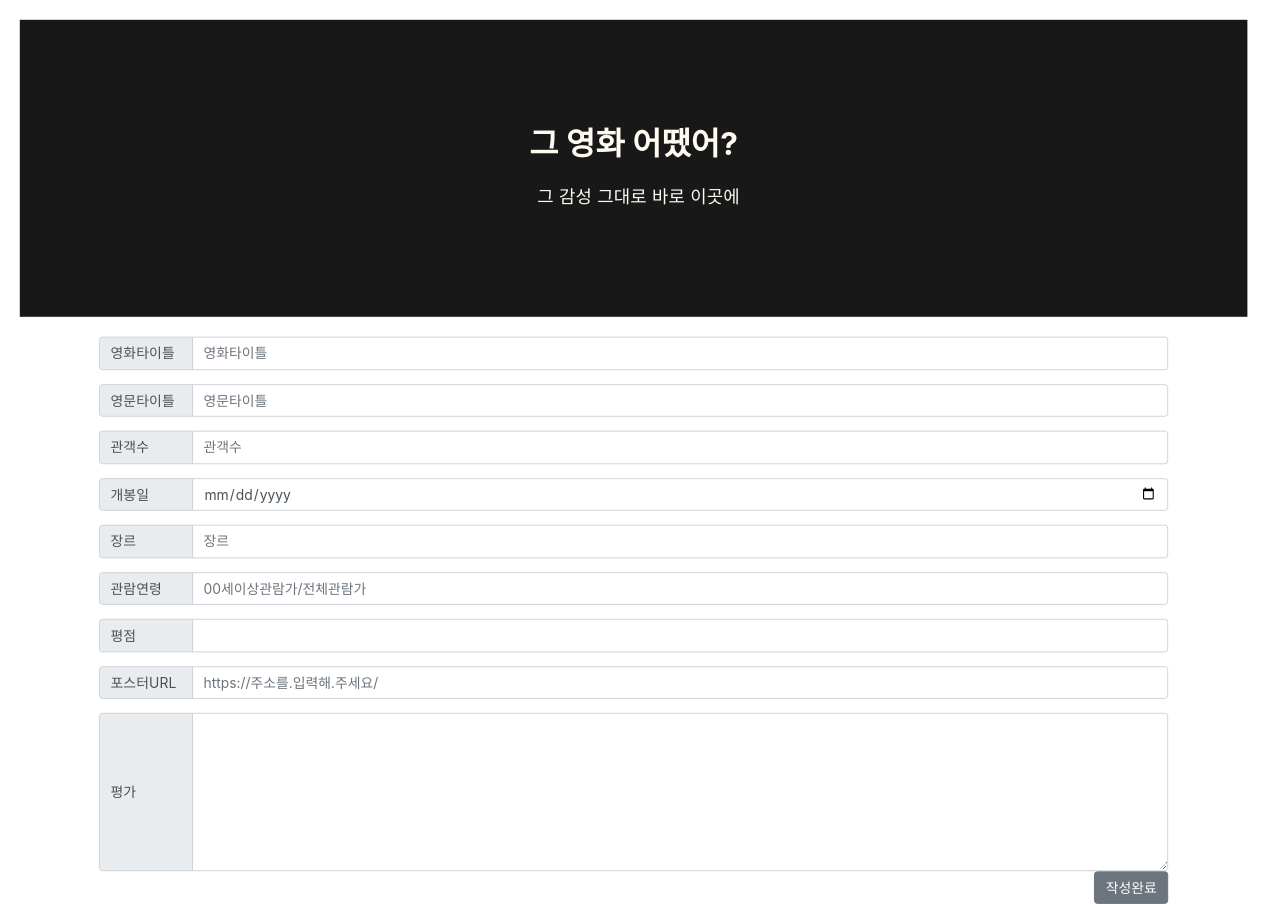
Repository: JungSWon/Project
Page: templates/new.html
The author's editor kept a record of every edit. The page is drawn from the files as they stood at one moment, then again after the next edit.
The browser window is 1280 px wide. The pictures show the whole page, at 99% of full size.
Some web libraries are served in a nearby version. The template is drawn by Flask 3. The application's start-up code is not run. Other server files are loaded and not shown. The template is opened directly, without the code that normally fills it, so the values that code supplies are empty.

Above is the page before.

### 04_CRUD/templates/new.html
<!DOCTYPE html>
<html lang="ko">
<head>
    <meta charset="UTF-8">
    <meta name="viewport" content="width=device-width, initial-scale=1.0">
    <meta http-equiv="X-UA-Compatible" content="ie=edge">
    <link rel="stylesheet" href="https://stackpath.bootstrapcdn.com/bootstrap/4.2.1/css/bootstrap.min.css" integrity="sha384-GJzZqFGwb1QTTN6wy59ffF1BuGJpLSa9DkKMp0DgiMDm4iYMj70gZWKYbI706tWS" crossorigin="anonymous">
    <script src="https://code.jquery.com/jquery-3.3.1.slim.min.js" integrity="sha384-q8i/X+965DzO0rT7abK41JStQIAqVgRVzpbzo5smXKp4YfRvH+8abtTE1Pi6jizo" crossorigin="anonymous"></script>
    <script src="https://cdnjs.cloudflare.com/ajax/libs/popper.js/1.14.6/umd/popper.min.js" integrity="sha384-wHAiFfRlMFy6i5SRaxvfOCifBUQy1xHdJ/yoi7FRNXMRBu5WHdZYu1hA6ZOblgut" crossorigin="anonymous"></script>
    <script src="https://stackpath.bootstrapcdn.com/bootstrap/4.2.1/js/bootstrap.min.js" integrity="sha384-B0UglyR+jN6CkvvICOB2joaf5I4l3gm9GU6Hc1og6Ls7i6U/mkkaduKaBhlAXv9k" crossorigin="anonymous"></script>
    <link href="https://fonts.googleapis.com/css?family=Gothic+A1:400,700,900|Roboto+Mono:400,500,700" rel="stylesheet">
    <link rel="stylesheet" type="text/css" href="/static/css/style.css" media="screen" />
    <title>list in DB</title>
</head>






<body>
<!--
    <form action='/movies/create' method = "POST">
        <div class="form-group">
        title: <input type='text' name='title'><br>
        title_en: <input type='text' name='title_en'><br>
        audience: <input type='number' min=0 name='audience'><br>
        open_date: <input type='date' name='open_date'><br>
        genre: <input type='text' name='genre'><br>
        watch_grade: <input type='text' name='watch_grade'><br>
        score: <input type='number' name='score' max=5 min=0 step=0.5><br>
        poster_url: <input type='text' name='poster_url'><br>
        description:<br> <textarea class="form-control" rows="5" name='description'></textarea>
        <br>
        </div>
        <button type="submit" class="btn btn-primary">Form Submit</button>
    </form>
-->
    <section id='cover'>
        <div class="container">
            <div class="col">
                <h3 class="cover-title">
                    그 영화 어땠어?
                </h3>
                <a class="cover-text"> 그 감성 그대로 바로 이곳에</a>
            </div>
        </div>
    </section>

    <form action='/movies/create' method = "POST">
        <div class="container">
            <div class="col">
            <!--아래로 코멘트 생성 -->
                <!--타이틀-->
                <div class="input-group mb-3">
                    <div class="input-group-prepend">
                        <span class="input-group-text" id="basic-addon1">영화타이틀</span>
                    </div>
                    <input type="text" class="form-control" placeholder="영화타이틀" name='title' aria-describedby="basic-addon1">
                </div>
                <!--영문타이틀-->
                <div class="input-group mb-3">
                    <div class="input-group-prepend">
                        <span class="input-group-text" id="basic-addon2">영문타이틀</span>
                    </div>
                    <input type="text" class="form-control" placeholder="영문타이틀" name='title_en' aria-label="Recipient's username" aria-describedby="basic-addon2">
                </div>
                <!--관객수-->
                <div class="input-group mb-3">
                    <div class="input-group-prepend">
                        <span class="input-group-text" id="basic-addon1">관객수</span>
                    </div>
                    <input type="number"  min=0 class="form-control" placeholder="관객수" name='audience' aria-describedby="basic-addon1">
                </div>
                <!--개봉일-->
                <div class="input-group mb-3">
                    <div class="input-group-prepend">
                        <span class="input-group-text" id="basic-addon1">개봉일</span>
                    </div>
                    <input type="date" class="form-control" name='open_date' aria-describedby="basic-addon1">
                </div>
                <!--장르-->
                <div class="input-group mb-3">
                    <div class="input-group-prepend">
                        <span class="input-group-text" id="basic-addon2">장르</span>
                    </div>
                    <input type="text" class="form-control" placeholder="장르" name='genre' aria-label="Recipient's username" aria-describedby="basic-addon2">
                </div>
                <!--관람연령-->
                <div class="input-group mb-3">
                    <div class="input-group-prepend">
                        <span class="input-group-text" id="basic-addon2">관람연령</span>
                    </div>
                    <input type="text" class="form-control" placeholder="00세이상관람가/전체관람가" name='watch_grade' aria-label="Recipient's username" aria-describedby="basic-addon2">
                </div>
                <!--별점-->
                <div class="input-group mb-3">
                    <div class="input-group-prepend">
                        <span class="input-group-text" id="basic-addon2">평점</span>
                    </div>
                    <input type="number" max=5 min=0 step=0.5 class="form-control" name='score' aria-label="Recipient's username" aria-describedby="basic-addon2">
                </div>
                <!--포스터URL-->
                <div class="input-group mb-3">
                    <div class="input-group-prepend">
                        <span class="input-group-text" id="basic-addon2"> 포스터URL</span>
                    </div>
                    <input type="text" class="form-control" placeholder="https://주소를.입력해.주세요/" name='poster_url' aria-label="Recipient's username" aria-describedby="basic-addon2">
                </div>


                <!--평가-->
                <div class="input-group">
                    <div class="input-group-prepend">
                        <span class="input-group-text">평가</span>
                    </div>
                    <textarea class="form-control" name='description' rows='7' aria-label="With textarea"></textarea>
                </div>
            <!--코멘트 인풋 그룹 끝-->
                <div align="right" class="fin_btn" role="group" aria-label="Basic example" >
                    <button type="submit" class="btn btn-secondary">작성완료</button>
                </div>

            </div>
        </div>
    </form>


</body>
</html>

### 04_CRUD/static/css/style.css
html{
    font-size: 14px;
    font-family: 'Gothic A1', sans-serif;
    font-family: 'Roboto Mono', monospace;
    color: #181818;
    letter-spacing: 0.01em;
}

#cover{
    display: flex;
    justify-content: flex-start;
    align-items: center;
    margin: 20px;
    padding: 20px;
    height: 300px;
    background-size: cover;
    background-color: #181818;
    background-position: center center;
    color: floralwhite;
}

.cover-title{
    font-size: 32px;
    line-height: 1.15;
    font-weight: 650;
    margin-bottom: 20px;
    display: flex;
    justify-content: center;
}
.cover-text{
    font-size: 18px;
    line-height: 1.5;
    display: flex;
    justify-content: center;
    font-weight: 200;
    margin-left: 10px;
}


.input-group-text{
    width: 95px;
}

.fin .btn {
    padding: 4.5rem 1rem;
    font-size: 1.25rem;
    line-height: 2.5;
    /*border-radius: 1.3rem;*/
    margin-top: 3rem;
}

.btn_base{
    display: flex;
    justify-content: center;
    align-items: center;
    margin: 40px;
}

.jumbotron{
    margin-top: 50px;
}

.show_btn {
    margin-top: 100px;
}

.show_btn {
    margin-top: 40px;
}

After the next edit:
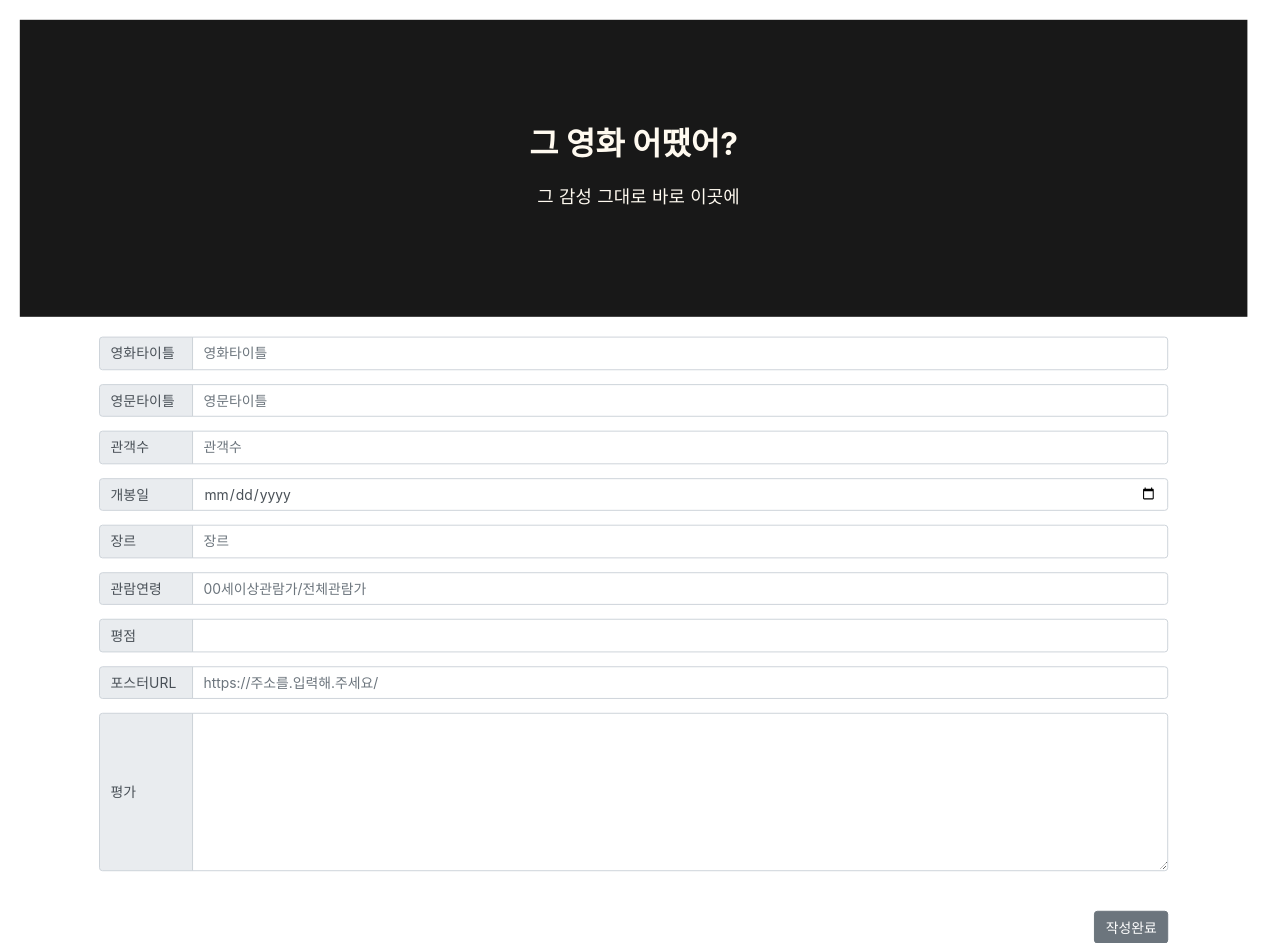
The edit:
--- a/04_CRUD/static/css/style.css
+++ b/04_CRUD/static/css/style.css
@@ -64,6 +64,6 @@
     margin-top: 100px;
 }
 
-.show_btn {
+.fin_btn {
     margin-top: 40px;
 }
